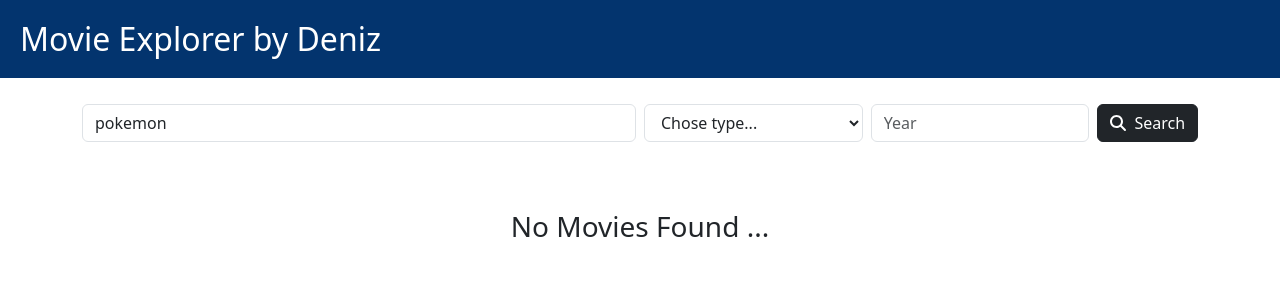
Repository: denizdizi/movie-explorer
Page: /
An editor plug-in stored every save of this project. The page is shown before and after the next save, followed by the edit.
The browser window is 1280 px wide. The pictures show the whole page.
The page's requests for data from a server got no answer. The project was rebuilt for these pictures with package versions that can differ from the ones it lists, and the page was loaded fresh each time. No one was signed in, and anything a server would have sent is missing. Also part of the build but not shown: src/App.css, src/components/MovieCard.js, src/components/Pagination.js, src/pages/MovieDetail.js.

Above is the page before, as saved 2025-03-29 02:05:14.

After the next save:
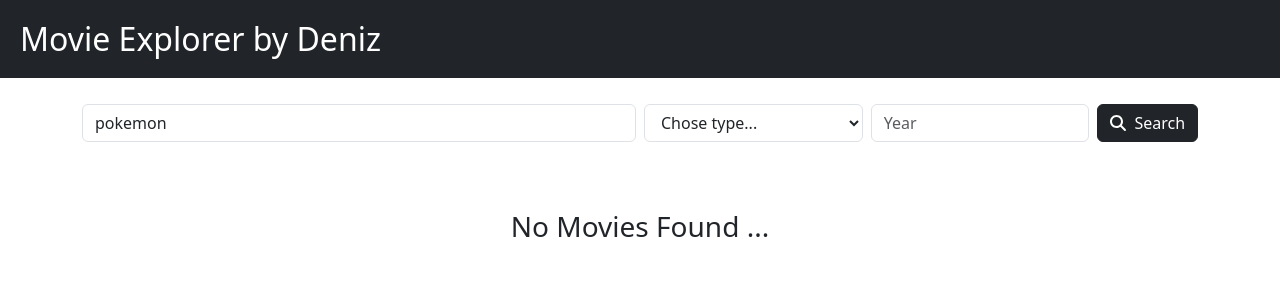
Saved 2 min 3 s later.
--- a/src/styles/global.scss
+++ b/src/styles/global.scss
@@ -122,7 +122,7 @@
   }
 
   .page-title {
-    background-color: #03346E; /* Başlık arkaplan rengini koyu gri yapıyoruz */
+    background-color: #212529; /* Başlık arkaplan rengini koyu gri yapıyoruz */
     color: #fff; /* Yazı rengini beyaz yapıyoruz */
     padding: 20px; /* Arka planın etrafına biraz boşluk ekliyoruz */
     font-size: 2em; /* Başlık boyutunu büyütüyoruz */

After the save that followed:
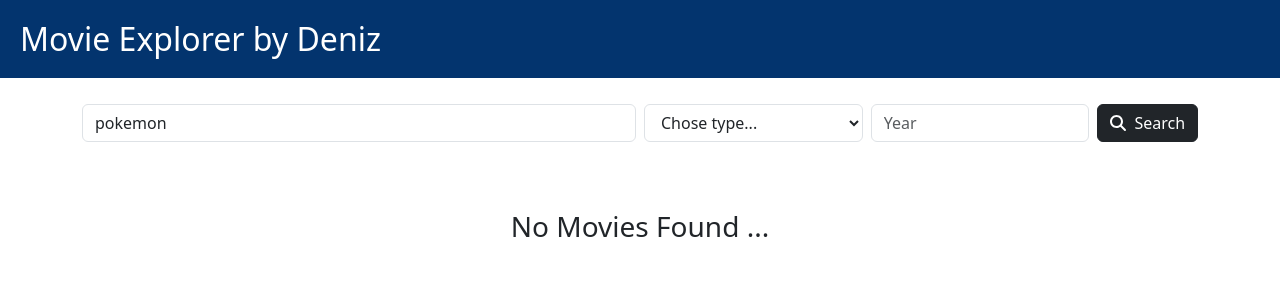
Saved 10 s later.
--- a/src/styles/global.scss
+++ b/src/styles/global.scss
@@ -122,7 +122,7 @@
   }
 
   .page-title {
-    background-color: #212529; /* Başlık arkaplan rengini koyu gri yapıyoruz */
+    background-color: #03346E; /* Başlık arkaplan rengini koyu gri yapıyoruz */
     color: #fff; /* Yazı rengini beyaz yapıyoruz */
     padding: 20px; /* Arka planın etrafına biraz boşluk ekliyoruz */
     font-size: 2em; /* Başlık boyutunu büyütüyoruz */
